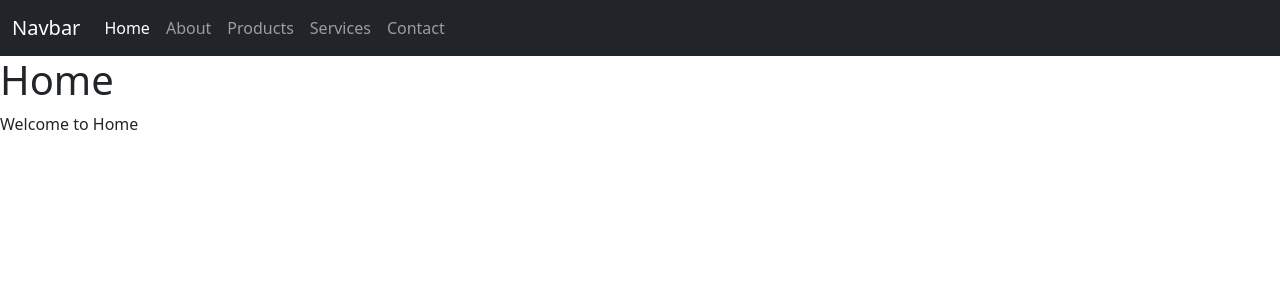
Repository: BlessingAjiboye/WEEK3DEP
Page: http://localhost/
These files come from the project's save history. The page is drawn as it stood at one moment and after the next save; the edit follows.
The browser window is 1280 px wide. The pictures show the whole page.
The page is served by the project's Node server (server.js). Other server files are loaded and not shown.

Above is the page before, as saved 2022-09-20 12:54:41.

### views/index.ejs
<!DOCTYPE html>
<html lang="en">
<head>
  <meta charset="UTF-8">
  <meta http-equiv="X-UA-Compatible" content="IE=edge">
  <meta name="viewport" content="width=device-width, initial-scale=1.0">
  <title><%= title %></title>
  <!--css section-->
  <link rel="stylesheet"href="/bootstrap/dist/css/bootstrap.min.css"/>
  <link rel="stylesheet"href="@fortawesome/fontawesome-free/css/all.min.css"/>
  <link rel='stylesheet' href='/Content/app.css' />
</head>
<body>
  <nav class="navbar navbar-expand-lg navbar-dark bg-dark">
    <div class="container-fluid">
      <a class="navbar-brand" href="#">Navbar</a>
      <button class="navbar-toggler" type="button" data-bs-toggle="collapse" data-bs-target="#navbarSupportedContent" aria-controls="navbarSupportedContent" aria-expanded="false" aria-label="Toggle navigation">
        <span class="navbar-toggler-icon"></span>
      </button>
      <div class="collapse navbar-collapse" id="navbarSupportedContent">
        <ul class="navbar-nav me-auto mb-2 mb-lg-0">
          <li class="nav-item">
            <a class="nav-link active" aria-current="page" href="/home">Home</a>
          </li>
          <li class="nav-item">
            <a class="nav-link" href="about">About</a>
          </li>

          <li class="nav-item">
            <a class="nav-link" href="products">Products</a>
          </li>

          <li class="nav-item">
            <a class="nav-link" href="services">Services</a>
          </li>

          <li class="nav-item">
            <a class="nav-link" href="contact">Contact</a>
          </li>

      </div>
    </div>
  </nav>
  <h1><%= title %></h1>
  <p>Welcome to <%= title %></p>

  <!--Script section-->
  <script src="/jquery/dist/jquery.min.js"></script>
  <script src="/bootstrap/dist/js/bootstrap.min.js"></script>
  <script src="/Scripts/app.js"></script>
</body>
</html>

### server.js
#!/usr/bin/env node

/**
 * Module dependencies.
 */

var app = require('./app');
var debug = require('debug')('week344:server');
var http = require('http');

/**
 * Get port from environment and store in Express.
 */

var port = normalizePort(process.env.PORT || '3000');
app.set('port', port);

/**
 * Create HTTP server.
 */

var server = http.createServer(app);

/**
 * Listen on provided port, on all network interfaces.
 */

server.listen(port);
server.on('error', onError);
server.on('listening', onListening);

/**
 * Normalize a port into a number, string, or false.
 */

function normalizePort(val) {
  var port = parseInt(val, 10);

  if (isNaN(port)) {
    // named pipe
    return val;
  }

  if (port >= 0) {
    // port number
    return port;
  }

  return false;
}

/**
 * Event listener for HTTP server "error" event.
 */

function onError(error) {
  if (error.syscall !== 'listen') {
    throw error;
  }

  var bind = typeof port === 'string'
    ? 'Pipe ' + port
    : 'Port ' + port;

  // handle specific listen errors with friendly messages
  switch (error.code) {
    case 'EACCES':
      console.error(bind + ' requires elevated privileges');
      process.exit(1);
      break;
    case 'EADDRINUSE':
      console.error(bind + ' is already in use');
      process.exit(1);
      break;
    default:
      throw error;
  }
}

/**
 * Event listener for HTTP server "listening" event.
 */

function onListening() {
  var addr = server.address();
  var bind = typeof addr === 'string'
    ? 'pipe ' + addr
    : 'port ' + addr.port;
  debug('Listening on ' + bind);
}

### routes/index.js
var express = require('express');
var router = express.Router();

/* GET home page. */
router.get('/', function(req, res, next) {
  res.render('index', { title: 'Home' });
});

router.get('/home', function(req, res, next) {
  res.render('index', { title: 'Home' });
});
router.get('/about', function(req, res, next) {
  res.render('index', { title: 'About' });
});

router.get('/Products', function(req, res, next) {
  res.render('index', { title: 'Products' });
});

router.get('/Services', function(req, res, next) {
  res.render('index', { title: 'Services' });
});

router.get('/Contact', function(req, res, next) {
  res.render('index', { title: 'Contact' });
});
module.exports = router;

### app.js
var createError = require('http-errors');
var express = require('express');
var path = require('path');
var cookieParser = require('cookie-parser');
var logger = require('morgan');

var indexRouter = require('./routes/index');
var usersRouter = require('./routes/users');

var app = express();

// view engine setup
app.set('views', path.join(__dirname, 'views'));
app.set('view engine', 'ejs');

app.use(logger('dev'));
app.use(express.json());
app.use(express.urlencoded({ extended: false }));
app.use(cookieParser());
app.use(express.static(path.join(__dirname, 'public')));
app.use(express.static(path.join(__dirname, 'node_modules')));
app.use('/', indexRouter);
app.use('/users', usersRouter);

// catch 404 and forward to error handler
app.use(function(req, res, next) {
  next(createError(404));
});

// error handler
app.use(function(err, req, res, next) {
  // set locals, only providing error in development
  res.locals.message = err.message;
  res.locals.error = req.app.get('env') === 'development' ? err : {};

  // render the error page
  res.status(err.status || 500);
  res.render('error');
});

module.exports = app;

### public/Content/app.css
/* custom css goes here*/

### public/Scripts/app.js
(function(){
    function start()
    {
        console.log("App started...");
    }
    window.addEventListener("load",start);
})();

After the next save:
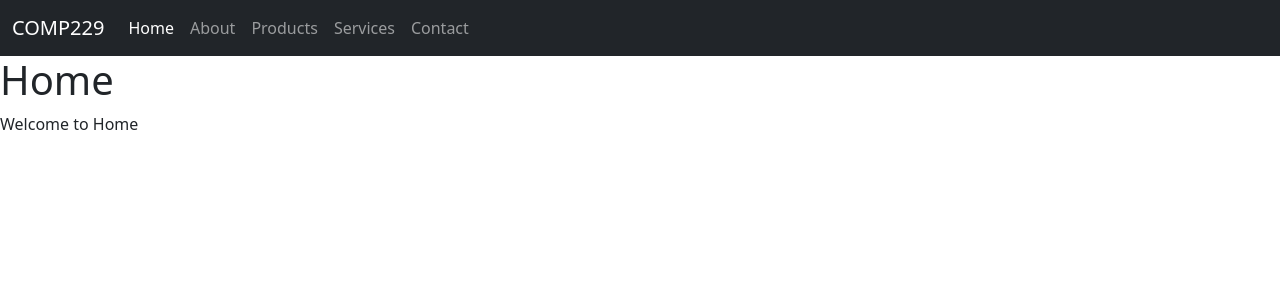
Saved 5 h 50 min later.
--- a/views/index.ejs
+++ b/views/index.ejs
@@ -13,7 +13,7 @@
 <body>
   <nav class="navbar navbar-expand-lg navbar-dark bg-dark">
     <div class="container-fluid">
-      <a class="navbar-brand" href="#">Navbar</a>
+      <a class="navbar-brand" href="#">COMP229</a>
       <button class="navbar-toggler" type="button" data-bs-toggle="collapse" data-bs-target="#navbarSupportedContent" aria-controls="navbarSupportedContent" aria-expanded="false" aria-label="Toggle navigation">
         <span class="navbar-toggler-icon"></span>
       </button>
